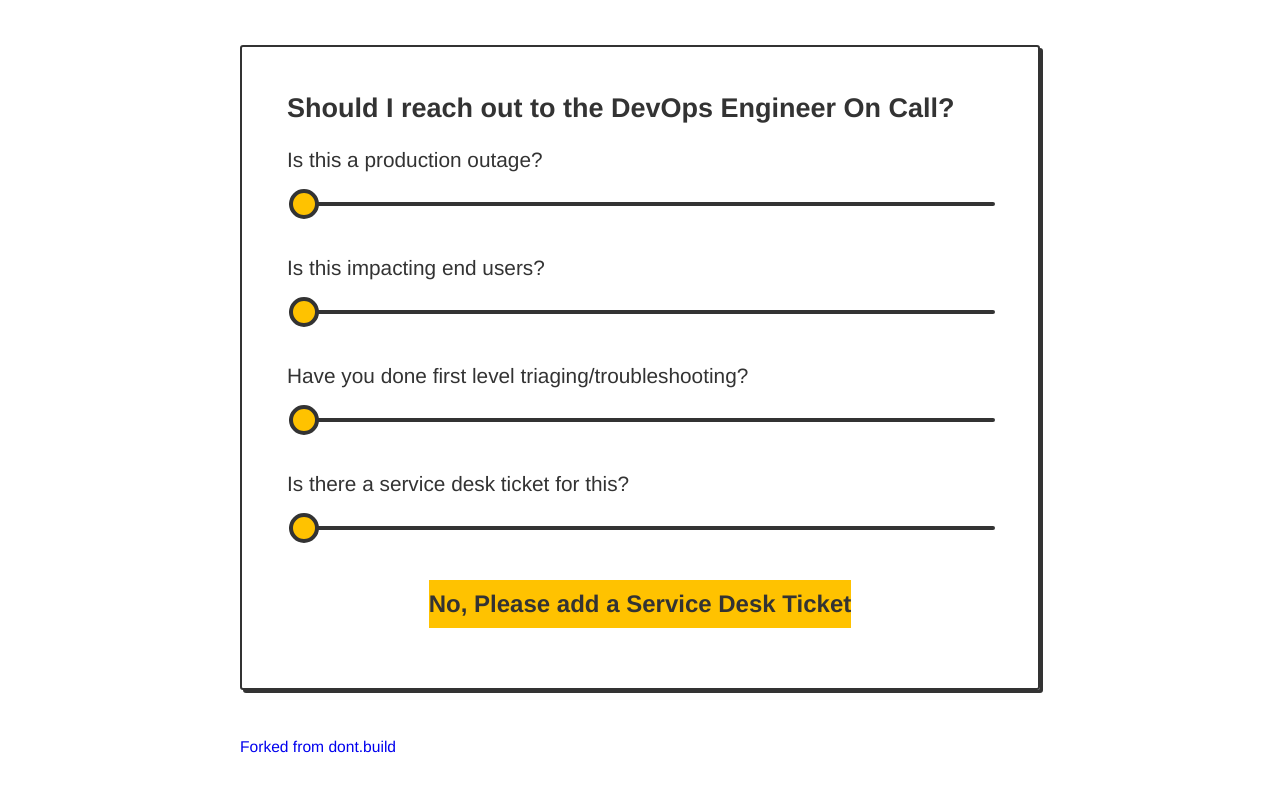
Repository: harishbsrinivas/dont.call
Page: index.html
These files come from the project's save history. The page is drawn as it stood at one moment and after the next save; the edit follows.
The browser window is 1280 px wide. The pictures show the whole page.

Above is the page before, as saved 2022-12-04 11:56:01.

After the next save:
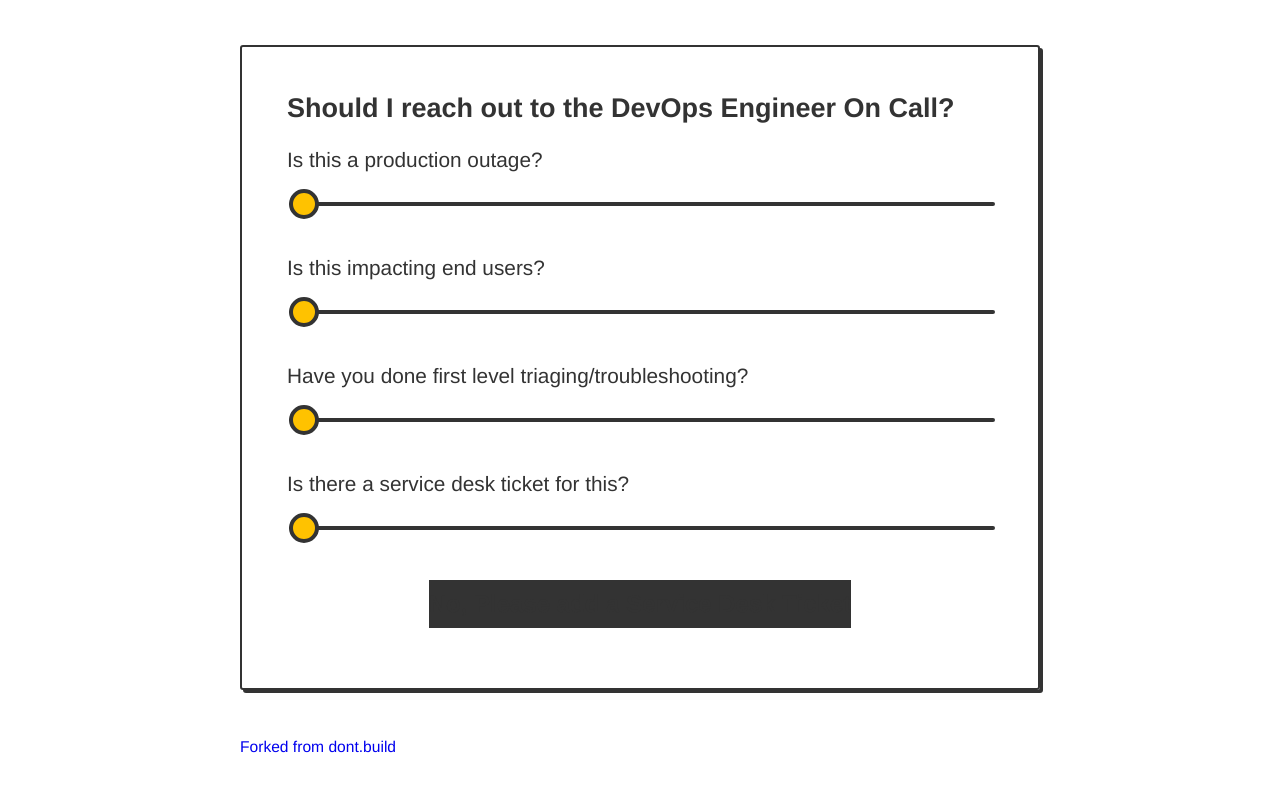
Saved 15 s later.
--- a/style.css
+++ b/style.css
@@ -130,7 +130,7 @@
 }
   .answer span {
     display: inline-block;
-    background: var(--primary);
+    background: var(--secondary);
   }
 
 footer {

After the save that followed:
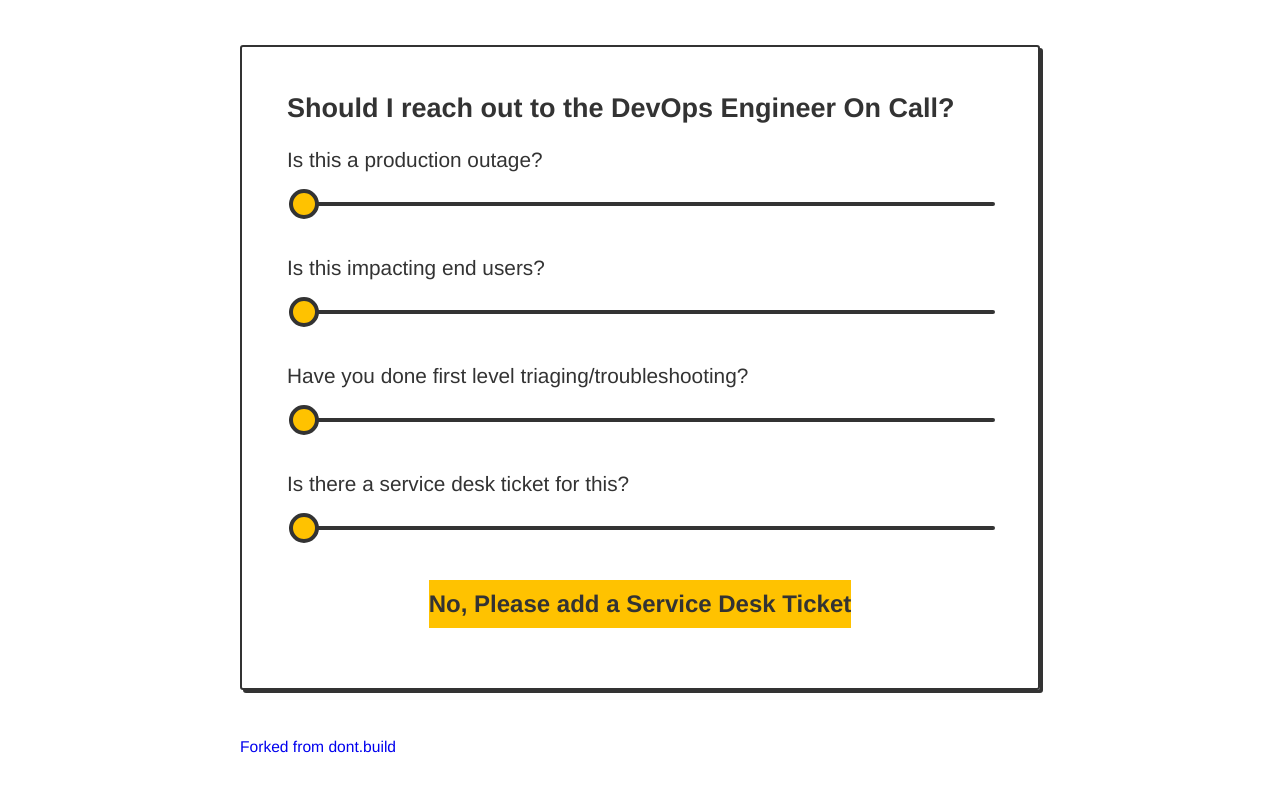
Saved 51 s later.
--- a/style.css
+++ b/style.css
@@ -130,7 +130,7 @@
 }
   .answer span {
     display: inline-block;
-    background: var(--secondary);
+    background: var(--primary);
   }
 
 footer {
